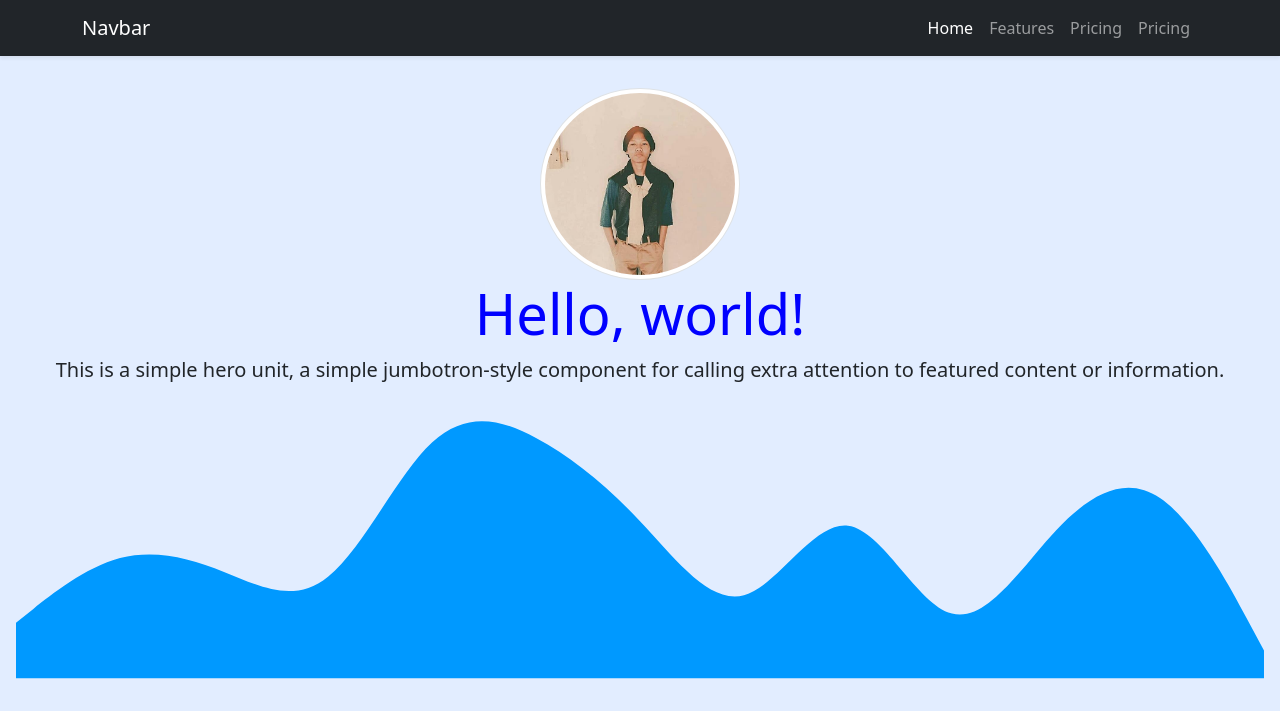
Repository: Novemberdad/gemilangtech.github.io
Page: index.html
An editor plug-in stored every save of this project. The page is shown before and after the next save, followed by the edit.
The browser window is 1280 px wide. The pictures show the whole page.

Above is the page before, as saved 2021-07-20 23:41:54.

### index.html
<!DOCTYPE html>
<html lang="en">

<head>
    <!-- Required meta tags -->
    <meta charset="utf-8" />
    <meta name="viewport" content="width=device-width, initial-scale=1" />

    <!-- Bootstrap CSS -->
    <link href="https://cdn.jsdelivr.net/npm/bootstrap@5.0.2/dist/css/bootstrap.min.css" rel="stylesheet" integrity="sha384-EVSTQN3/azprG1Anm3QDgpJLIm9Nao0Yz1ztcQTwFspd3yD65VohhpuuCOmLASjC" crossorigin="anonymous" />

    <!--My CSS-->
    <link rel="stylesheet" href="style.css" />
    <title>My Portofoliio</title>
    <style>
        h1 {
            text-align: center;
            color: blue;
        }
    </style>
</head>

<body>
    <!--NAVBAR-->
    <nav class="navbar navbar-expand-lg navbar-dark bg-dark shadow-sm">
        <div class="container">
            <a class="navbar-brand" href="#">Navbar</a>
            <button class="navbar-toggler" type="button" data-bs-toggle="collapse" data-bs-target="#navbarNav" aria-controls="navbarNav" aria-expanded="false" aria-label="Toggle navigation">
          <span class="navbar-toggler-icon"></span>
        </button>
            <div class="collapse navbar-collapse" id="navbarNav">
                <ul class="navbar-nav ms-auto">
                    <li class="nav-item">
                        <a class="nav-link active" aria-current="page" href="#">Home</a>
                    </li>
                    <li class="nav-item">
                        <a class="nav-link" href="#">Features</a>
                    </li>
                    <li class="nav-item">
                        <a class="nav-link" href="#">Pricing</a>
                    </li>
                    <li class="nav-item">
                        <a class="nav-link" href="#">Pricing</a>
                    </li>
                </ul>
            </div>
        </div>
    </nav>
    <!--AKHIR NAVBAR-->

    <!--jumbortron-->
    <section class="jumbotron text-center">
        <img src="image/logo.jpg" alt="logo" width="200" class="rounded-circle img-thumbnail" />
        <h1 class="display-4">Hello, world!</h1>
        <p class="lead">This is a simple hero unit, a simple jumbotron-style component for calling extra attention to featured content or information.</p>
        <svg xmlns="http://www.w3.org/2000/svg" viewBox="0 0 1440 320">
        <path
          fill="#0099ff"
          fill-opacity="1"
          d="M0,256L20,240C40,224,80,192,120,181.3C160,171,200,181,240,197.3C280,213,320,235,360,202.7C400,171,440,85,480,48C520,11,560,21,600,42.7C640,64,680,96,720,138.7C760,181,800,235,840,224C880,213,920,139,960,144C1000,149,1040,235,1080,245.3C1120,256,1160,192,1200,149.3C1240,107,1280,85,1320,112C1360,139,1400,213,1420,250.7L1440,288L1440,320L1420,320C1400,320,1360,320,1320,320C1280,320,1240,320,1200,320C1160,320,1120,320,1080,320C1040,320,1000,320,960,320C920,320,880,320,840,320C800,320,760,320,720,320C680,320,640,320,600,320C560,320,520,320,480,320C440,320,400,320,360,320C320,320,280,320,240,320C200,320,160,320,120,320C80,320,40,320,20,320L0,320Z"
        ></path>
      </svg>
    </section>
    <!--akhir jumbotron-->
    <script src="https://cdn.jsdelivr.net/npm/bootstrap@5.0.2/dist/js/bootstrap.bundle.min.js" integrity="sha384-MrcW6ZMFYlzcLA8Nl+NtUVF0sA7MsXsP1UyJoMp4YLEuNSfAP+JcXn/tWtIaxVXM" crossorigin="anonymous"></script>

    <!-- Option 2: Separate Popper and Bootstrap JS -->
    <!--
    <script src="https://cdn.jsdelivr.net/npm/@popperjs/core@2.9.2/dist/umd/popper.min.js" integrity="sha384-IQsoLXl5PILFhosVNubq5LC7Qb9DXgDA9i+tQ8Zj3iwWAwPtgFTxbJ8NT4GN1R8p" crossorigin="anonymous"></script>
    <script src="https://cdn.jsdelivr.net/npm/bootstrap@5.0.2/dist/js/bootstrap.min.js" integrity="sha384-cVKIPhGWiC2Al4u+LWgxfKTRIcfu0JTxR+EQDz/bgldoEyl4H0zUF0QKbrJ0EcQF" crossorigin="anonymous"></script>
    -->
</body>

</html>

### style.css
.jumbotron {
    padding: 2rem 1rem;
    background-color: #e2edff;
}

After the next save:
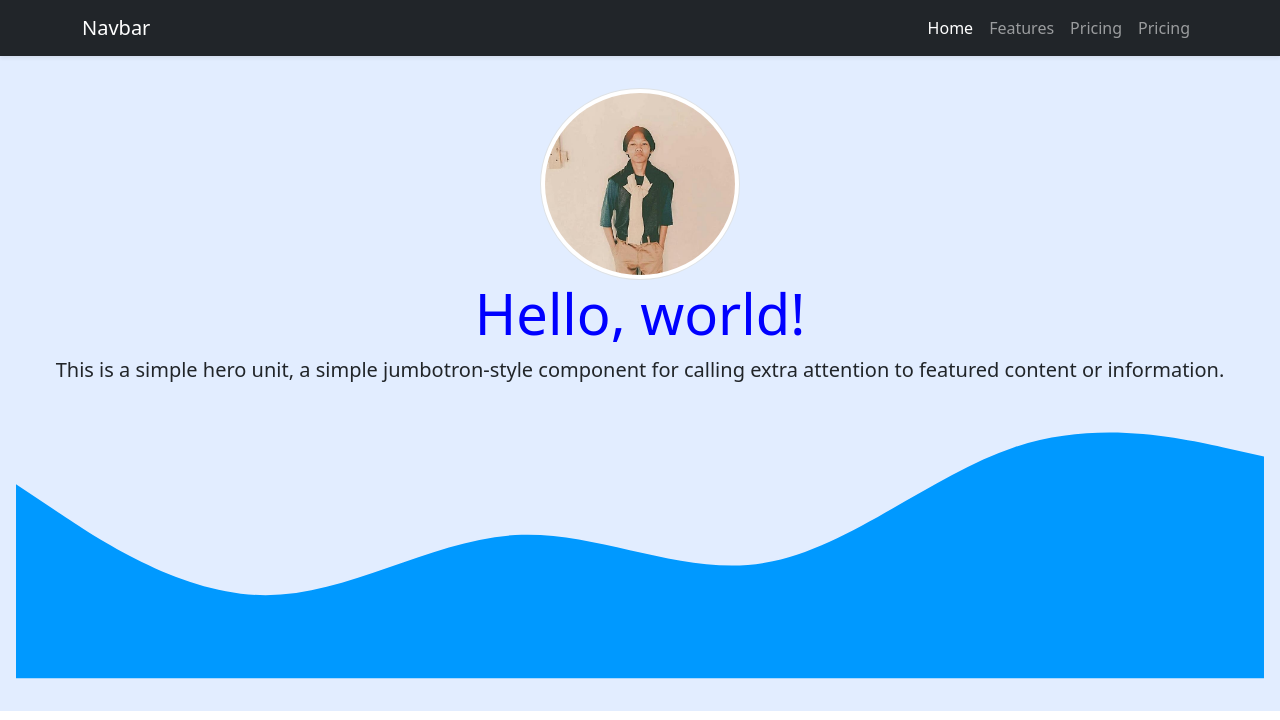
Saved 62 s later.
--- a/index.html
+++ b/index.html
@@ -57,7 +57,7 @@
         <path
           fill="#0099ff"
           fill-opacity="1"
-          d="M0,256L20,240C40,224,80,192,120,181.3C160,171,200,181,240,197.3C280,213,320,235,360,202.7C400,171,440,85,480,48C520,11,560,21,600,42.7C640,64,680,96,720,138.7C760,181,800,235,840,224C880,213,920,139,960,144C1000,149,1040,235,1080,245.3C1120,256,1160,192,1200,149.3C1240,107,1280,85,1320,112C1360,139,1400,213,1420,250.7L1440,288L1440,320L1420,320C1400,320,1360,320,1320,320C1280,320,1240,320,1200,320C1160,320,1120,320,1080,320C1040,320,1000,320,960,320C920,320,880,320,840,320C800,320,760,320,720,320C680,320,640,320,600,320C560,320,520,320,480,320C440,320,400,320,360,320C320,320,280,320,240,320C200,320,160,320,120,320C80,320,40,320,20,320L0,320Z"
+          d="M0,96L48,128C96,160,192,224,288,224C384,224,480,160,576,154.7C672,149,768,203,864,186.7C960,171,1056,85,1152,53.3C1248,21,1344,43,1392,53.3L1440,64L1440,320L1392,320C1344,320,1248,320,1152,320C1056,320,960,320,864,320C768,320,672,320,576,320C480,320,384,320,288,320C192,320,96,320,48,320L0,320Z"
         ></path>
       </svg>
     </section>
